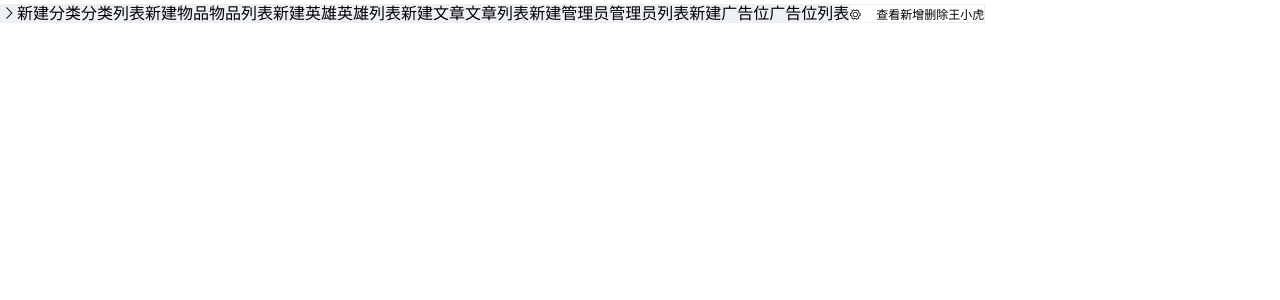
Repository: zqw980624/aaa
Page: / (app in admin/)
An editor plug-in stored every save of this project. The page is shown before and after the next save, followed by the edit.
The browser window is 1280 px wide. The pictures show the whole page.
The project was rebuilt for these pictures with package versions that can differ from the ones it lists, and the page was loaded fresh each time. Also part of the build but not shown: admin/src/views/CategoryEditor.vue, admin/src/views/CategoryList.vue, admin/src/views/ItemEditor.vue, admin/src/views/ItemList.vue, admin/src/views/HeroEditor.vue, admin/src/views/HeroList.vue, admin/src/views/ArticleEditor.vue, admin/src/views/ArticleList.vue and 4 more. Imported but missing from the stored project, and not drawn on this page: admin/src/plugins/element.js.

Above is the page before, as saved 2020-03-09 22:50:43.

After the next save:
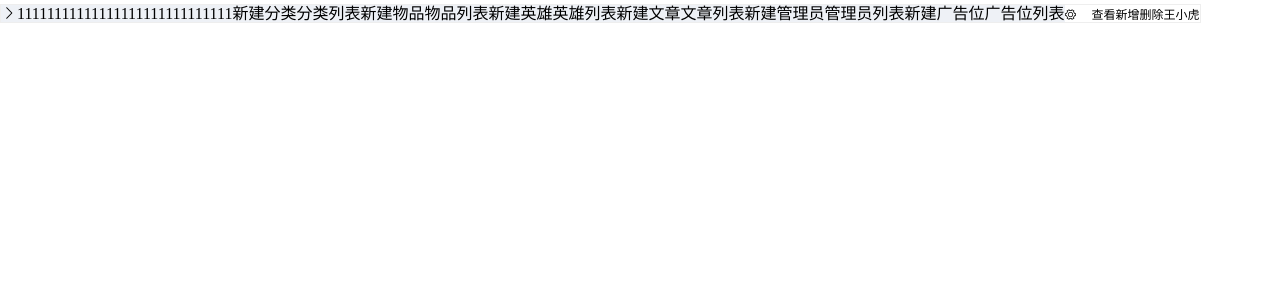
Saved 17 s later.
--- a/admin/src/views/Main.vue
+++ b/admin/src/views/Main.vue
@@ -12,7 +12,7 @@
         active-text-color="#ff4238"
         :collapse="isCollapse"
       >
-       <i class="el-icon-arrow-right"></i>
+       <i class="el-icon-arrow-right">11111111111111111111111111111</i>
         <!-- <el-radio-group v-model="isCollapse" style="margin-bottom: 20px;">
           <el-radio-button :label="false">展开</el-radio-button>
           <el-radio-button :label="true">收起</el-radio-button>

After the save that followed:
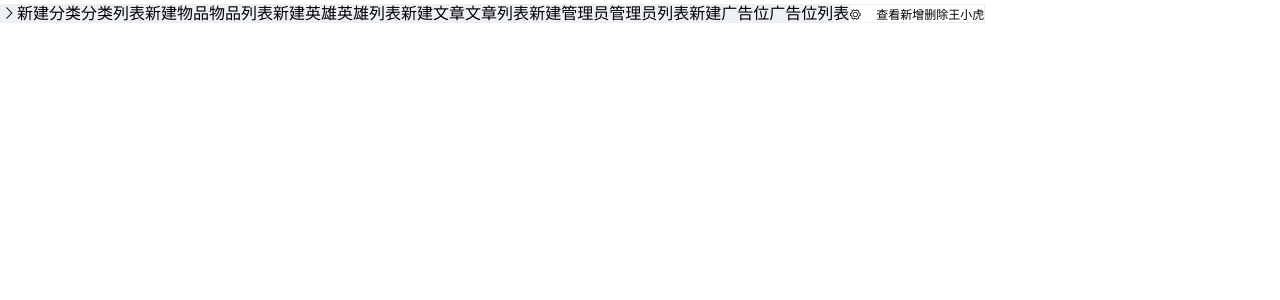
Saved 24 s later.
--- a/admin/src/views/Main.vue
+++ b/admin/src/views/Main.vue
@@ -12,7 +12,7 @@
         active-text-color="#ff4238"
         :collapse="isCollapse"
       >
-       <i class="el-icon-arrow-right">11111111111111111111111111111</i>
+       <i font-size="20px" class="el-icon-arrow-right"></i>
         <!-- <el-radio-group v-model="isCollapse" style="margin-bottom: 20px;">
           <el-radio-button :label="false">展开</el-radio-button>
           <el-radio-button :label="true">收起</el-radio-button>
